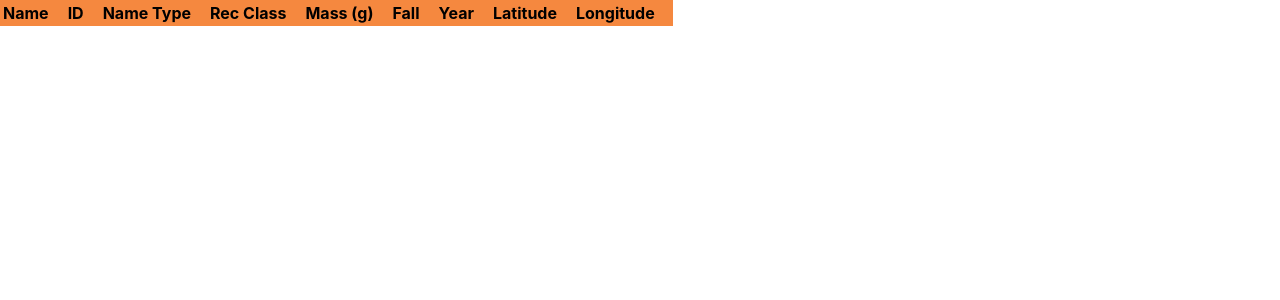
Repository: Tsardines/meteorite-explorer
Page: / (app in meteorite-explorer/)
The author's editor kept a copy of each file at every save. The page is drawn from the files as they stood at one save, then again after the next save.
The browser window is 1280 px wide. The pictures show the whole page.
The page's requests for data from a server got no answer. The project was rebuilt for these pictures with package versions that can differ from the ones it lists, and the page was loaded fresh each time. No one was signed in, and anything a server would have sent is missing.

Above is the page before, as saved 2019-05-27 16:26:16.

### meteorite-explorer/src/App.js
import React, { Component } from 'react';
import './App.css';

// import { BootstrapTable, TableHeaderColumn } from 'react-bootstrap-table';
// import 'react-bootstrap-table-next/dist/react-bootstrap-table2.min.css';

// import Table from 'react-bootstrap/Table';

class App extends Component {
  constructor(props) {
    super(props);

  this.state = {
    items: []
  };
  this.componentWillMount = this.componentWillMount.bind(this);
}

componentWillMount() {
  fetch('https://data.nasa.gov/resource/gh4g-9sfh.json')
  .then(res => res.json())
  .then(data => {
    this.setState({ items: data });
  });
}


  render() {

    const { items } = this.state;

    return (

      <div className="title">
      <table className="theader">
        <th>Name</th>
        <th>ID</th>
        <th>Name Type</th>
        <th>Rec Class</th>
        <th>Mass (g)</th>
        <th>Fall</th>
        <th>Year</th>
        <th>Latitude</th>
        <th>Longitude</th>
      </table>

      { items.map((item, num) => {

        return (
          <table className="table-main">
            <tbody>
              <tr>
                <td><p key={num}>{item.name}</p></td>
                <td><p key={num}>{item.id}</p></td>
                <td><p key={num}>{item.nametype}</p></td>
                <td><p key={num}>{item.recclass}</p></td>
                <td><p key={num}>{item.mass}</p></td>
                <td><p key={num}>{item.fall}</p></td>
                <td><p key={num}>{item.year}</p></td>
                <td><p key={num}>{item.reclat}</p></td>
                <td><p key={num}>{item.reclong}</p></td>
              </tr>
            </tbody>
          </table>
        )
      })}
      </div>
    )
  } // render

}

export default App;

### meteorite-explorer/src/App.css


.theader {
  background-color: rgb(245, 136, 63);
}

.theader th {
  padding-right: 1rem;
}

.table-main {
  background-color: bisque;
}

.table-main:nth-child(even) {
  background-color: aquamarine;
}

Loaded but not shown: meteorite-explorer/public/index.html (common file); meteorite-explorer/src/index.js (common file); meteorite-explorer/src/index.css (common file); meteorite-explorer/src/serviceWorker.js (common file)

After the next save:
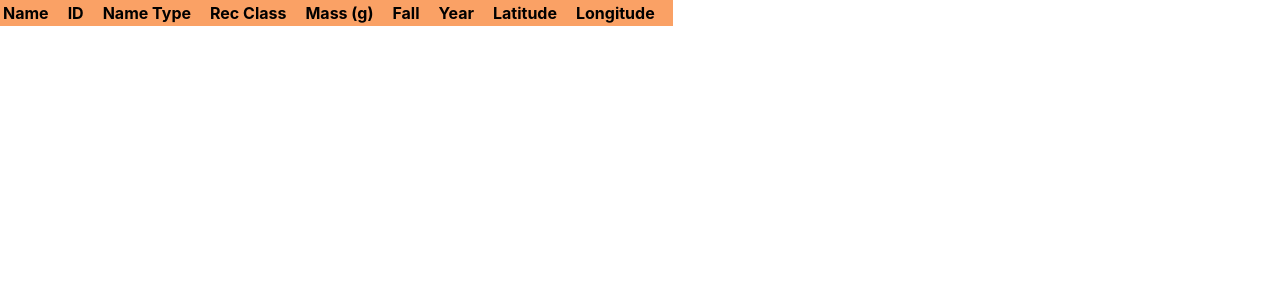
Saved 4 s later.
--- a/meteorite-explorer/src/App.css
+++ b/meteorite-explorer/src/App.css
@@ -1,7 +1,7 @@
 
 
 .theader {
-  background-color: rgb(245, 136, 63);
+  background-color: rgb(250, 161, 101);
 }
 
 .theader th {
